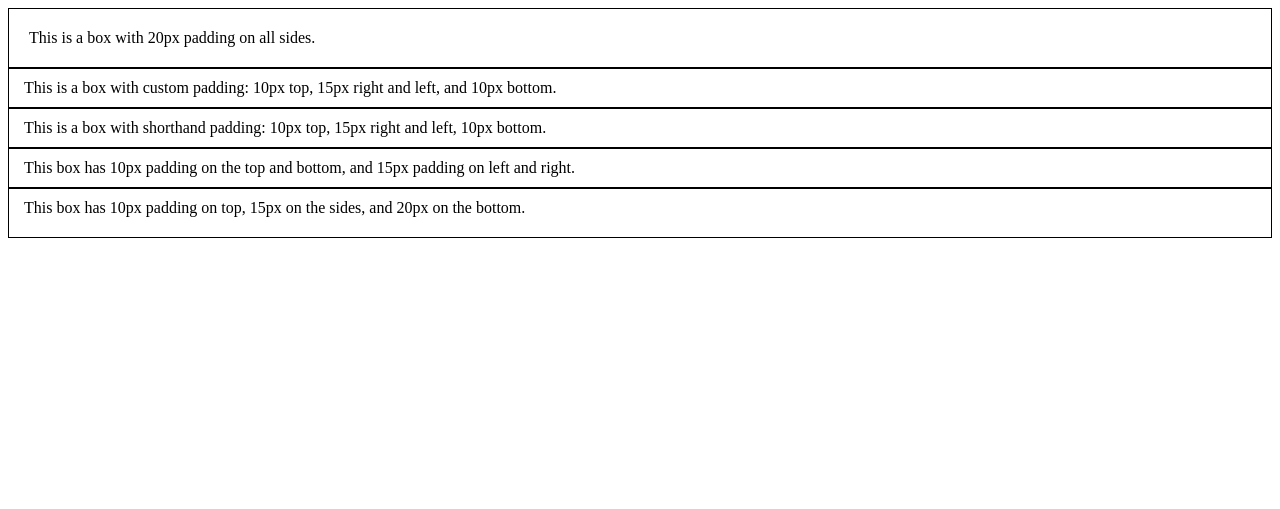
Repository: 12323397/K23KT
Page: css2.html
These files come from the project's save history. The page is drawn as it stood at one moment and after the next save; the edit follows.
The browser window is 1280 px wide. The pictures show the whole page.

Above is the page before, as saved 2025-01-29 14:47:01.

### css2.html
<!DOCTYPE html>
<html lang="en">
<head>
    <meta charset="UTF-8">
    <meta name="viewport" content="width=device-width, initial-scale=1.0">
    <title>Padding Example</title>
    <style>
        /* Add padding to all sides of an element */
        .box {
            padding: 20px;
            border: 1px solid black;
        }

        /* Add different padding for each side */
        .box2 {
            padding-top: 10px;
            padding-right: 15px;
            padding-bottom: 10px;
            padding-left: 15px;
            border: 1px solid black;
        }

        /* Add padding with shorthand (top, right, bottom, left) */
        .box3 {
            padding: 10px 15px 10px 15px;
            border: 1px solid black;
        }

        /* Add padding with 2 values (top/bottom, left/right) */
        .box4 {
            padding: 10px 15px;
            border: 1px solid black;
        }

        /* Add padding with 3 values (top, left/right, bottom) */
        .box5 {
            padding: 10px 15px 20px;
            border: 1px solid black;
        }
    </style>
</head>
<body>

    <div class="box">
        This is a box with 20px padding on all sides.
    </div>

    <div class="box2">
        This is a box with custom padding: 10px top, 15px right and left, and 10px bottom.
    </div>

    <div class="box3">
        This is a box with shorthand padding: 10px top, 15px right and left, 10px bottom.
    </div>

    <div class="box4">
        This box has 10px padding on the top and bottom, and 15px padding on left and right.
    </div>

    <div class="box5">
        This box has 10px padding on top, 15px on the sides, and 20px on the bottom.
    </div>

</body>
</html>

After the next save:
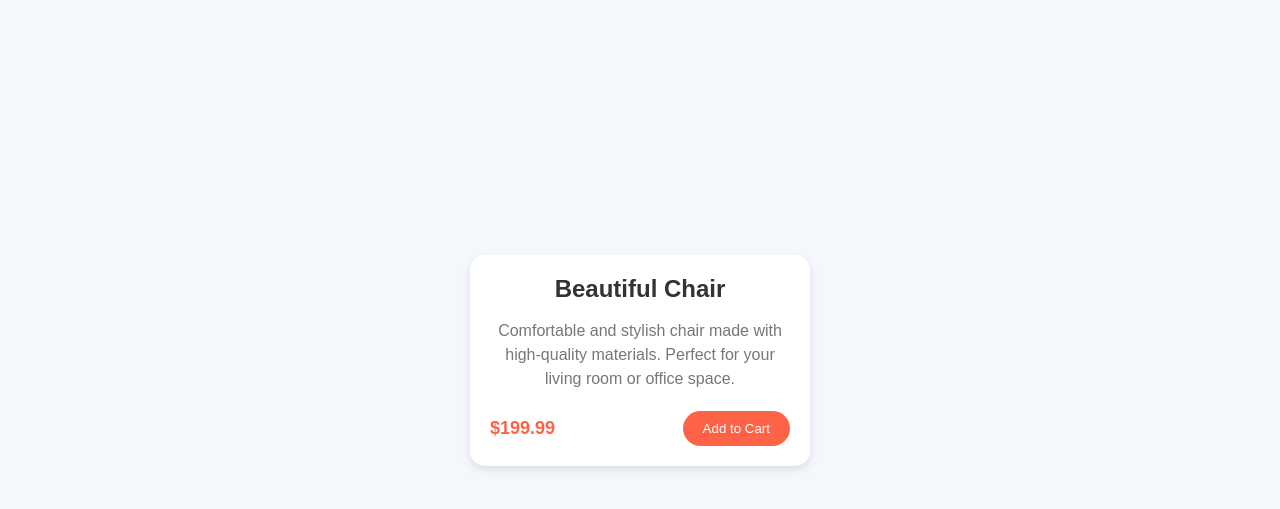
Saved 100 s later.
--- a/css2.html
+++ b/css2.html
@@ -3,62 +3,105 @@
 <head>
     <meta charset="UTF-8">
     <meta name="viewport" content="width=device-width, initial-scale=1.0">
-    <title>Padding Example</title>
+    <title>Designer Card Example</title>
     <style>
-        /* Add padding to all sides of an element */
-        .box {
-            padding: 20px;
-            border: 1px solid black;
+        body {
+            font-family: 'Arial', sans-serif;
+            background-color: #f4f7fc;
+            margin: 0;
+            padding: 0;
+            display: flex;
+            justify-content: center;
+            align-items: center;
+            height: 100vh;
         }
 
-        /* Add different padding for each side */
-        .box2 {
-            padding-top: 10px;
-            padding-right: 15px;
-            padding-bottom: 10px;
-            padding-left: 15px;
-            border: 1px solid black;
+        .card {
+            width: 300px;
+            background-color: #fff;
+            border-radius: 15px;
+            box-shadow: 0 4px 8px rgba(0, 0, 0, 0.1);
+            overflow: hidden;
+            transition: transform 0.3s ease, box-shadow 0.3s ease;
+            padding: 20px;
+            margin: 20px;
         }
 
-        /* Add padding with shorthand (top, right, bottom, left) */
-        .box3 {
-            padding: 10px 15px 10px 15px;
-            border: 1px solid black;
+        .card:hover {
+            transform: translateY(-10px);
+            box-shadow: 0 8px 16px rgba(0, 0, 0, 0.2);
         }
 
-        /* Add padding with 2 values (top/bottom, left/right) */
-        .box4 {
-            padding: 10px 15px;
-            border: 1px solid black;
+        .card-header {
+            text-align: center;
+            margin-bottom: 15px;
         }
 
-        /* Add padding with 3 values (top, left/right, bottom) */
-        .box5 {
-            padding: 10px 15px 20px;
-            border: 1px solid black;
+        .card-header h2 {
+            margin: 0;
+            font-size: 24px;
+            color: #333;
+        }
+
+        .card-content {
+            text-align: center;
+            margin-bottom: 20px;
+        }
+
+        .card-content p {
+            font-size: 16px;
+            color: #777;
+            line-height: 1.5;
+        }
+
+        .card-footer {
+            display: flex;
+            justify-content: space-between;
+            align-items: center;
+        }
+
+        .card-footer .price {
+            font-size: 18px;
+            font-weight: bold;
+            color: #ff6347;
+        }
+
+        .card-footer button {
+            background-color: #ff6347;
+            color: #fff;
+            border: none;
+            padding: 10px 20px;
+            border-radius: 25px;
+            cursor: pointer;
+            transition: background-color 0.3s ease;
+        }
+
+        .card-footer button:hover {
+            background-color: #e5533d;
+        }
+
+        /* Responsive Design */
+        @media (max-width: 600px) {
+            .card {
+                width: 80%;
+                margin: 10px;
+            }
         }
     </style>
 </head>
 <body>
 
-    <div class="box">
-        This is a box with 20px padding on all sides.
-    </div>
-
-    <div class="box2">
-        This is a box with custom padding: 10px top, 15px right and left, and 10px bottom.
-    </div>
-
-    <div class="box3">
-        This is a box with shorthand padding: 10px top, 15px right and left, 10px bottom.
-    </div>
-
-    <div class="box4">
-        This box has 10px padding on the top and bottom, and 15px padding on left and right.
-    </div>
-
-    <div class="box5">
-        This box has 10px padding on top, 15px on the sides, and 20px on the bottom.
+    <div class="card">
+        <div class="card-header">
+            <h2>Beautiful Chair</h2>
+        </div>
+        <div class="card-content">
+            <p>Comfortable and stylish chair made with high-quality materials. Perfect for your living room or office space.</p>
+        </div>
+        <div class="card-footer">
+            <span class="price">$199.99</span>
+            <button>Add to Cart</button>
+        </div>
     </div>
 
 </body>
